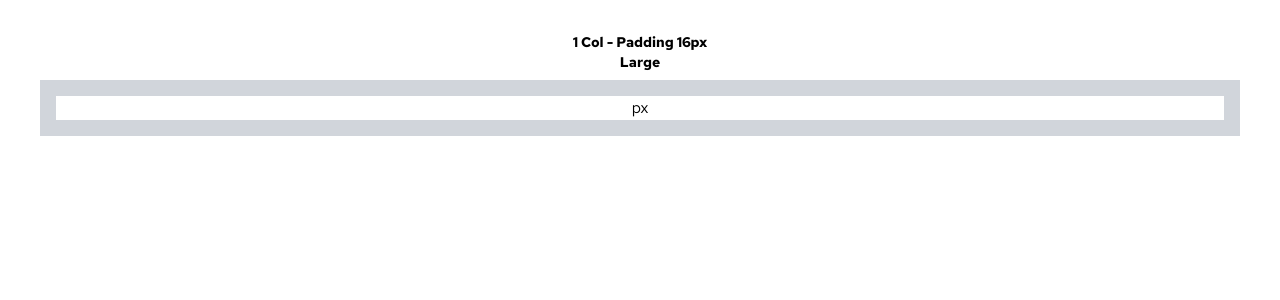
Repository: fabianwurk/vue-tailwind
Page: /
An editor plug-in stored every save of this project. The page is shown before and after the next save, followed by the edit.
The browser window is 1280 px wide. The pictures show the whole page.
The project was rebuilt for these pictures with package versions that can differ from the ones it lists, and the page was loaded fresh each time. Also part of the build but not shown: vite.config.js.

Above is the page before, as saved 2021-03-16 23:43:53.
Console error: TypeError: this.innerWidth is not a function

After the next save:
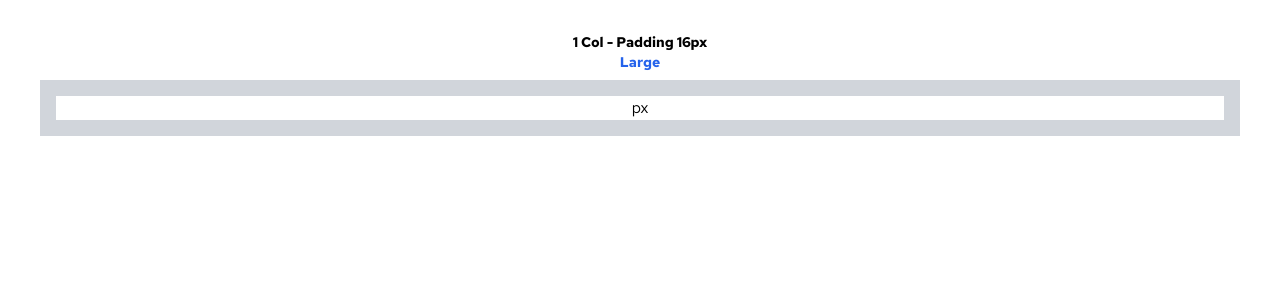
Saved 15 s later.
--- a/src/components/Large.vue
+++ b/src/components/Large.vue
@@ -4,7 +4,7 @@
     <div class="container mx-auto">
       <h2 class="text-sm font-bold mb-2 mt-8 text-center">
         1 Col - Padding 16px
-        <span class="hidden md:hidden lg:block text-center">Large</span>
+        <span class="hidden md:hidden lg:block text-center text-blue-600">Large</span>
       </h2>
       <div class="flex items-center">
         <div class="w-full bg-gray-300 mb-4 mt-0 py-4 px-4 text-center">
